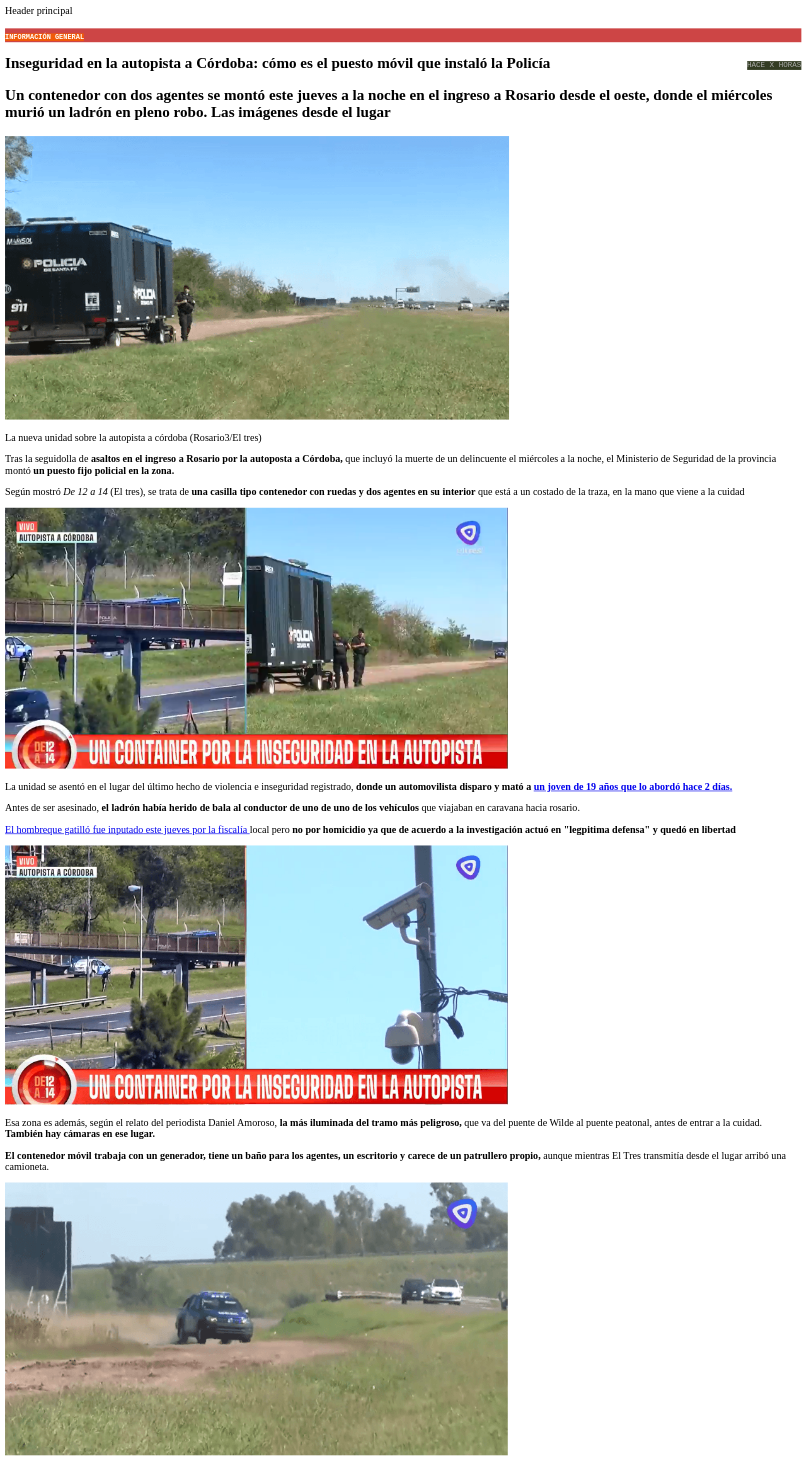
Repository: Larrowo/LPPA
Page: Clase 2/index.html
The author's editor kept a copy of each file at every save. The page is drawn from the files as they stood at one save, then again after the next save.
The browser window is 1280 px wide. The pictures show the whole page, at 63% of full size.

Above is the page before, as saved 2022-04-16 16:55:57.

### Clase 2/index.html
<!DOCTYPE html>
<html lang="en">
<head>
    <meta charset="UTF-8">
    <meta http-equiv="X-UA-Compatible" content="IE=edge">
    <meta name="viewport" content="width=device-width, initial-scale=1.0">
    <title>Noticia LPPA</title>
    <link rel="stylesheet" href="style.css">
</head>
<body>
    <header>
        Header principal
    </header>
    <main class="conteiner">
        <article class="articulo">
            <div class="notaMainPart">
                <div class="notaTopPart">
                    <div class="volanta">
                        <h3 class="claseNoticia">
                            <a class="linkClaseNoticia" href="https://www.rosario3.com/seccion/informacion-general" style="text-decoration:none">Información General</a>
                        </h3>
                        <p class="fecha-nota"><time>Hace x Horas</time></p>

                    </div>
                    <h1>
                        Inseguridad en la autopista a Córdoba: cómo es el puesto móvil que instaló la Policía
                    </h1>
                    <h2>
                        <p>
                            Un contenedor con dos agentes se montó este jueves a la noche en el ingreso a Rosario desde el oeste, donde el miércoles murió un ladrón en pleno robo. Las imágenes desde el lugar
                        </p>
                    </h2>
                    <div class="fotoPrincipal">
                        <img src="/Clase 2/photos/fotoPrincipal.png" alt="">

                    </div>
                    <div class="descripcionFoto">
                        <p>La nueva unidad sobre la autopista a córdoba (Rosario3/El tres)</p>
                    </div>
                </div>
                <div class="cuerpoNota">
                    <p>Tras la seguidolla de <strong> asaltos en el ingreso a Rosario por la autoposta a Córdoba,</strong> que incluyó la muerte de un delincuente el miércoles a la noche, el Ministerio de Seguridad de la provincia montó <strong>un puesto fijo policial en la zona.</strong></p>
                    <p>Según mostró <em>De 12 a 14</em> (El tres), se trata de <strong>una casilla tipo contenedor con ruedas y dos agentes en su interior</strong> que está a un costado de la traza, en la mano que viene a la cuidad</p>
                    <div class="segundaImagen">
                        <img src="/Clase 2/photos/segundaImagen.png" alt="">
                    </div>
                    <p>La unidad se asentó en el lugar del último hecho de violencia e inseguridad registrado, <strong>donde un automovilista disparo y mató a <a href="https://www.rosario3.com/policiales/Quien-era-y-que-se-sabe-del-crimen-del-ladron-en-la-autopista-Rosario-Cordoba-20220414-0011.html" target="_blank"> un joven de 19 años que lo abordó hace 2 días.</a></strong></p>
                    <p>Antes de ser asesinado, <strong>el ladrón había herido de bala al conductor de uno de uno de los vehículos </strong>que viajaban en caravana hacia rosario.</p>
                    <p><a href="https://www.rosario3.com/policiales/Ladron-muerto-en-la-autopista-imputaron-al-automovilista-pero-bajo-legitima-defensa-20220414-0082.html" target="_blank">El hombreque gatilló fue inputado este jueves por la fiscalía </a>local pero <strong>no por homicidio ya que de acuerdo a la investigación actuó en "legpitima defensa" y quedó en libertad</strong></p>
                    <div class="terceraImagen">
                        <img src="/Clase 2/photos/terceraImagen.png" alt="">
                    </div>
                    <p>Esa zona es además, según el relato del periodista Daniel Amoroso, <strong>la más iluminada del tramo más peligroso,</strong> que va del puente de Wilde al puente peatonal, antes de entrar a la cuidad. <Strong>También hay cámaras en ese lugar.</Strong></p>
                    <p><strong>El contenedor móvil trabaja con un generador, tiene un baño para los agentes, un escritorio y carece de un patrullero propio,</strong> aunque mientras El Tres transmitía desde el lugar arribó una camioneta.</p>
                    <div class="cuartaImagen">
                        <img src="/Clase 2/photos/cuartaImagen.png" alt="">
                    </div>
                </div>
            </div>
        </article>
    </main>
</body>
</html>

### Clase 2/style.css
.fecha-nota{
   font-family: "Space Mono", monospace;
   color: #adadad;
   text-transform: uppercase;
   font-size: 12px;
   position: absolute;
   down: 0;
   right: 0;
   background-color: #333c23
}

.linkClaseNoticia{
    color: #ffffff;
    background-color: #f15a08;
    text-transform: uppercase;
    font-size:11px;
    font-family: "Space Mono", monospace;
}

.volanta{
    position: relative;
    background-color: #cd4545;
}

After the next save:
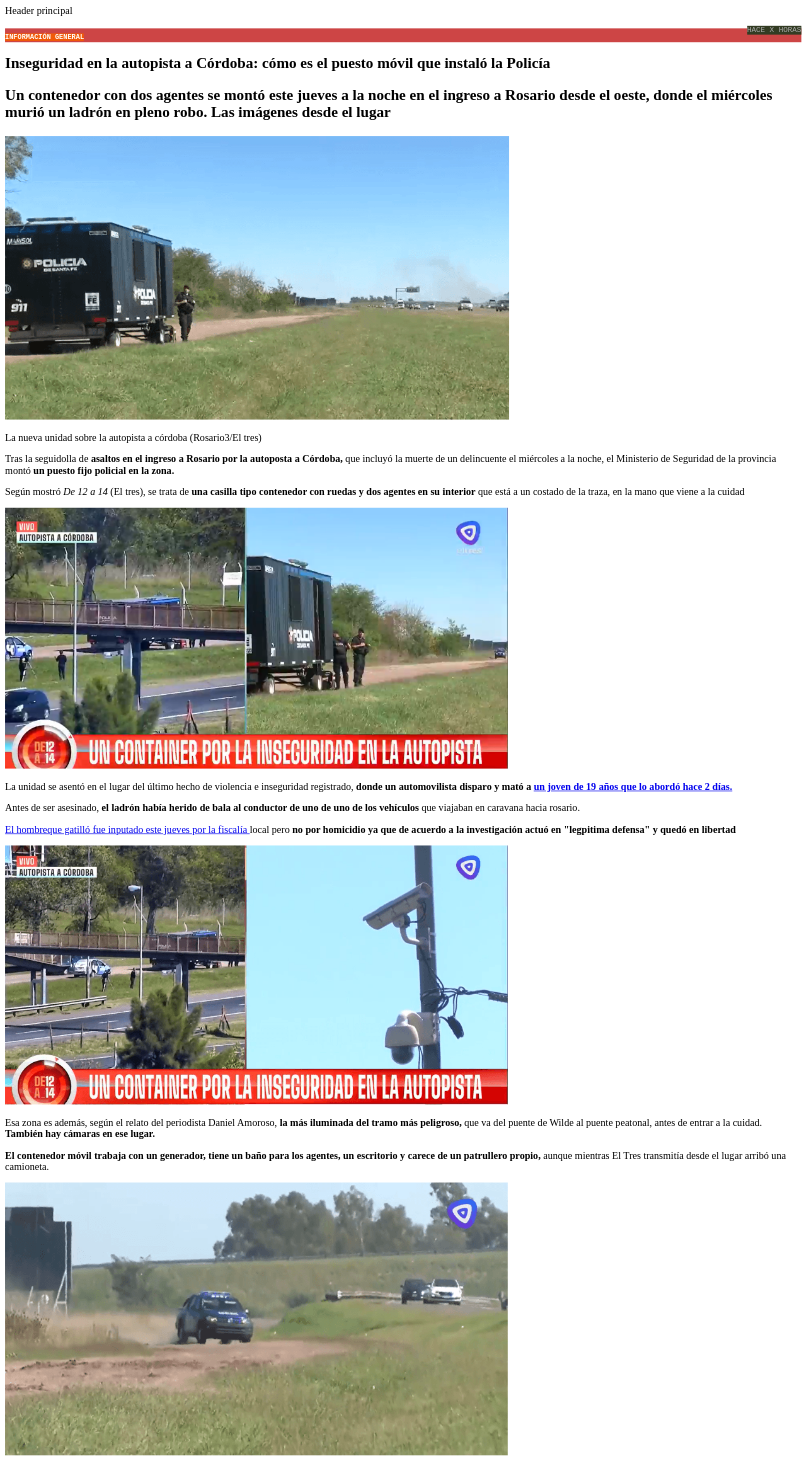
Saved 7 s later.
--- a/Clase 2/style.css
+++ b/Clase 2/style.css
@@ -4,7 +4,7 @@
    text-transform: uppercase;
    font-size: 12px;
    position: absolute;
-   down: 0;
+   bottom: 0;
    right: 0;
    background-color: #333c23
 }
